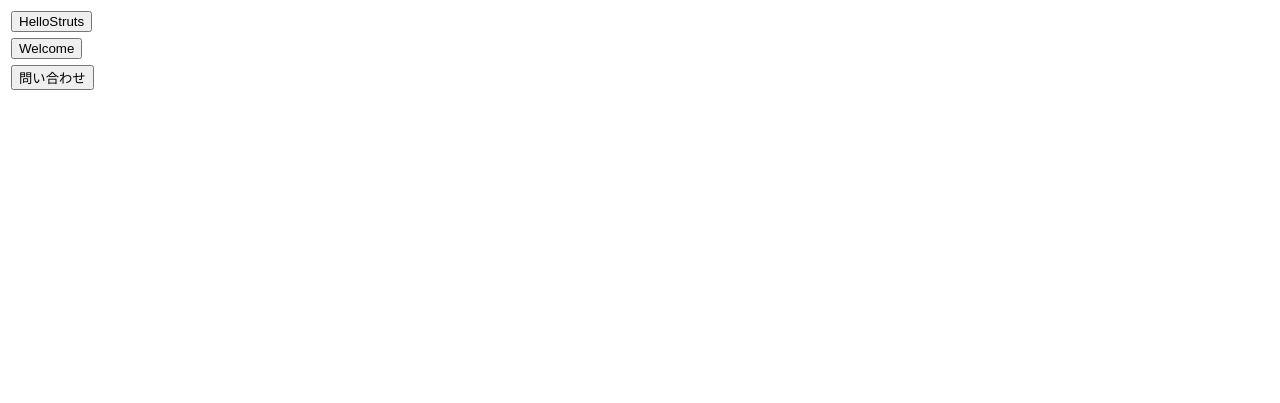
Repository: 1209mori05/test
Page: http://localhost/WebProj5/
These files come from the project's save history. The page is drawn as it stood at one moment and after the next save; the edit follows.
The browser window is 1280 px wide. The pictures show the whole page.
The page is served by Tomcat 9.

Above is the page before, as saved 2018-03-20 06:56:40.

After the next save:
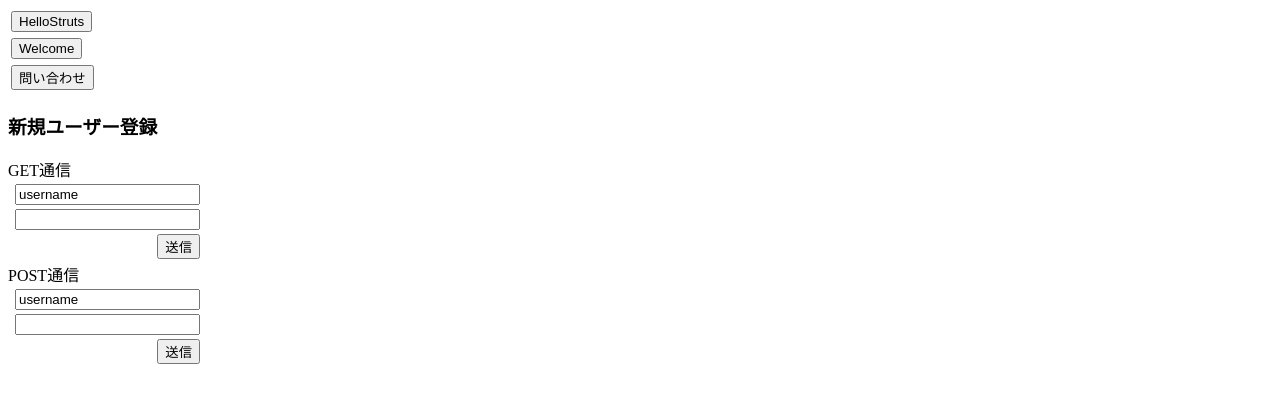
Saved 107 s later.
--- a/WebProj5/WebContent/index.jsp
+++ b/WebProj5/WebContent/index.jsp
@@ -20,6 +20,21 @@
 		<s:submit value="問い合わせ" />
 	</s:form>
 
+	<h3>新規ユーザー登録</h3>
+	GET通信
+	<s:form method="get" action="TestAction">
+		<s:textfield value="username" />
+		<s:password name="password" />
+		<s:submit value="送信" />
+	</s:form>
+	POST通信
+	<s:form method="post" action="TestAction">
+		<s:textfield value="username" />
+		<s:password name="password" />
+		<s:submit value="送信" />
+	</s:form>
+
+
 
 </body>
 </html>
